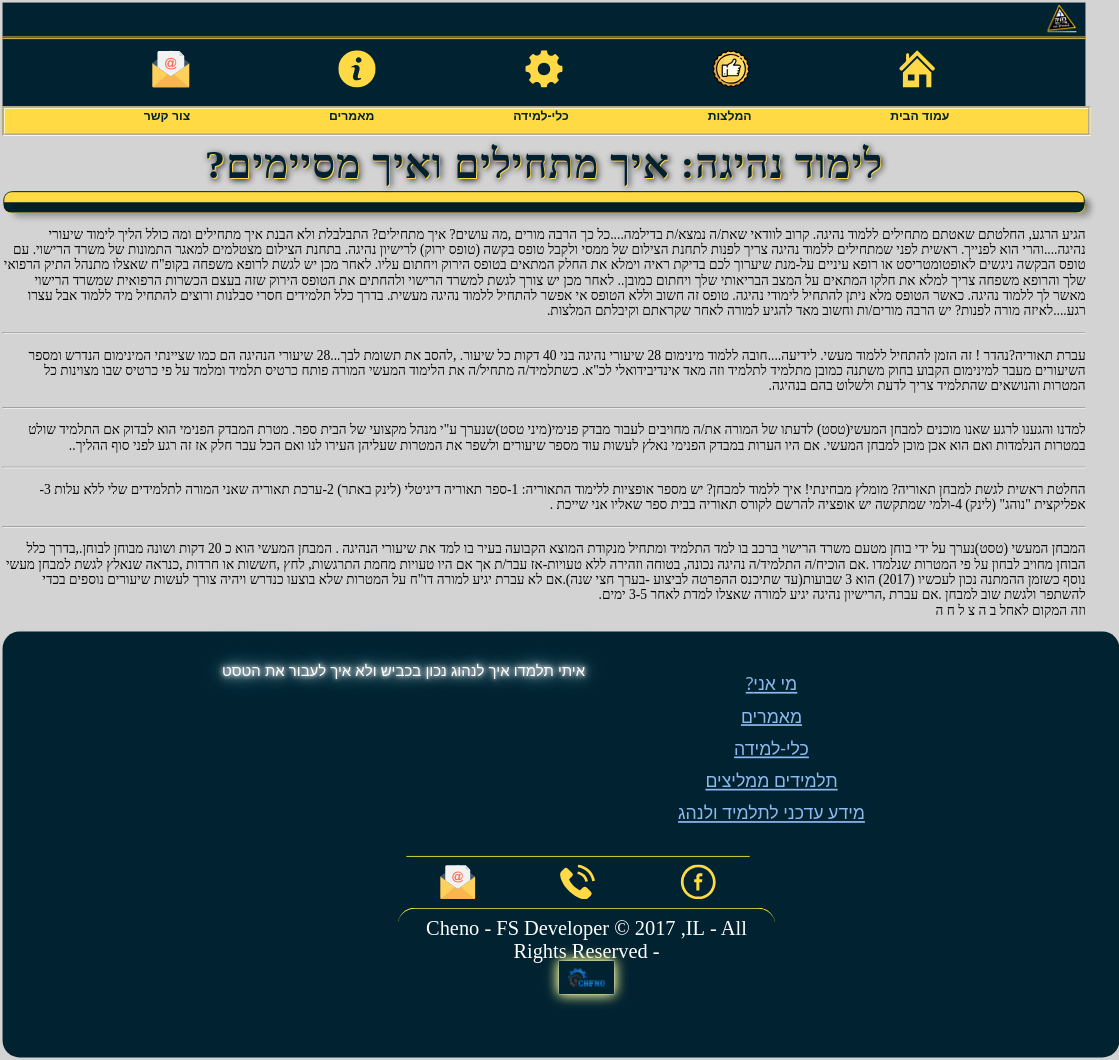
Repository: ChenGinsberg/BatyaLamed-site
Page: article/article.html
The author's editor kept a copy of each file at every save. The page is drawn from the files as they stood at one save, then again after the next save.
The browser window is 1280 px wide. The page is 1317 px wide, so the pictures cover 1317 px, including what lies to the right of the window. The pictures show the whole page, at 85% of full size.

Above is the page before, as saved 2017-11-26 12:43:46.

### article/article.html
<!DOCTYPE html>
<html lang="en">

<head>
    <meta charset="UTF-8">
    <meta name="viewport" content="width=device-width, initial-scale=1.0">
    <meta http-equiv="X-UA-Compatible" content="ie=edge">
    <title>Article</title>
    <link rel="stylesheet" type="text/css" href="../style/article.css">
    <link rel="stylesheet" type="text/css" href="../style/nav.css">
    <link rel="stylesheet" type="text/css" href="../style/footer.css">
</head>

<body>
    <!-- nav-bar -->
    <div class="logoContainer">
        <img src="../image/batyaLogo.jpg" class="logo-nav">
    </div>
    <nav class="navbar-blue">

        <div class="nav-icons">
            <a>
                <img src="../image/email.svg" class="nav--icon">
            </a>
            <a href=../ "aticles.html">
                <img src="../image/icon.svg" class="nav--icon">
            </a>
            <a href="../tools.html">
                <img src="../image/settings-work-tool.svg" class="nav--icon">
            </a>
            <a href="../recommendsPage.html">
                <img src="../image/recommended.svg" class="nav--icon">
            </a>
            <a href="../index.html">
                <img src="../image/house-outline.svg" class="nav--icon">

            </a>
        </div>
        <br>
        <div class="nav-text">
            <span class="nav-iconn">צור קשר</span>
            <span class="nav-iconn">מאמרים</span>
            <span class="nav-iconn">כלי-למידה</span>
            <span class="nav-iconn">המלצות</span>
            <span class="nav-iconn">עמוד הבית</span>
        </div>
    </nav>

    <h1>לימוד נהיגה: איך מתחילים ואיך מסיימים?</h1>
    <div class="blueHR">
        <div class="yellowHR"></div>
    </div>
    <p dir="rtl"> הגיע הרגע, החלטתם שאטתם מתחילים ללמוד נהיגה. קרוב לוודאי שאת/ה נמצא/ת בדילמה....כל כך הרבה מורים ,מה עושים? איך מתחילים?
        התבלבלת ולא הבנת איך מתחילים ומה כולל הליך לימוד שיעורי נהיגה....והרי הוא לפנייך. ראשית לפני שמתחילים ללמוד נהיגה
        צריך לפנות לתחנת הצילום של ממסי ולקבל טופס בקשה (טופס ירוק) לרישיון נהיגה. בתחנת הצילום מצטלמים למאגר התמונות של
        משרד הרישוי. עם טופס הבקשה ניגשים לאופטומטריסט או רופא עיניים על-מנת שיערוך לכם בדיקת ראיה וימלא את החלק המתאים בטופס
        הירוק ויחתום עליו. לאחר מכן יש לגשת לרופא משפחה בקופ"ח שאצלו מתנהל התיק הרפואי שלך והרופא משפחה צריך למלא את חלקו
        המתאים על המצב הבריאותי שלך ויחתום כמובן.. לאחר מכן יש צורך לגשת למשרד הרישוי ולהחתים את הטופס הירוק שזה בעצם הכשרות
        הרפואית שמשרד הרישוי מאשר לך ללמוד נהיגה. כאשר הטופס מלא ניתן להתחיל לימודי נהיגה. טופס זה חשוב וללא הטופס אי אפשר
        להתחיל ללמוד נהיגה מעשית. בדרך כלל תלמידים חסרי סבלנות ורוצים להתחיל מיד ללמוד אבל עצרו רגע....לאיזה מורה לפנות?
        יש הרבה מורים/ות וחשוב מאד להגיע למורה לאחר שקראתם וקיבלתם המלצות.
    </p>
    <hr>
    <p dir="rtl">
        עברת תאוריה?נהדר ! זה הזמן להתחיל ללמוד מעשי. לידיעה....חובה ללמוד מינימום 28 שיעורי נהיגה בני 40 דקות כל שיעור. ,להסב את
        תשומת לבך...28 שיעורי הנהיגה הם כמו שציינתי המינימום הנדרש ומספר השיעורים מעבר למינימום הקבוע בחוק משתנה כמובן מתלמיד
        לתלמיד וזה מאד אינדיבידואלי לכ"א. כשתלמיד/ה מתחיל/ה את הלימוד המעשי המורה פותח כרטיס תלמיד ומלמד על פי כרטיס שבו
        מצוינות כל המטרות והנושאים שהתלמיד צריך לדעת ולשלוט בהם בנהיגה.
    </p>
    <hr>
    <p dir="rtl">
        למדנו והגענו לרגע שאנו מוכנים למבחן המעשי(טסט) לדעתו של המורה את/ה מחויבים לעבור מבדק פנימי(מיני טסט)שנערך ע"י מנהל מקצועי
        של הבית ספר. מטרת המבדק הפנימי הוא לבדוק אם התלמיד שולט במטרות הנלמדות ואם הוא אכן מוכן למבחן המעשי. אם היו הערות
        במבדק הפנימי נאלץ לעשות עוד מספר שיעורים ולשפר את המטרות שעליהן העירו לנו ואם הכל עבר חלק אז זה רגע לפני סוף ההליך..
    </p>
    <hr>
    <p dir="rtl">
        החלטת ראשית לגשת למבחן תאוריה? מומלץ מבחינתי! איך ללמוד למבחן? יש מספר אופציות ללימוד התאוריה: 1-ספר תאוריה דיגיטלי (לינק
        באתר) 2-ערכת תאוריה שאני המורה לתלמידים שלי ללא עלות 3-אפליקצית "נוהג" (לינק) 4-ולמי שמתקשה יש אופציה להרשם לקורס
        תאוריה בבית ספר שאליו אני שייכת .
    </p>
    <hr>
    <p dir="rtl">
        המבחן המעשי (טסט)נערך על ידי בוחן מטעם משרד הרישוי ברכב בו למד התלמיד ומתחיל מנקודת המוצא הקבועה בעיר בו למד את שיעורי הנהיגה
        . המבחן המעשי הוא כ 20 דקות ושונה מבוחן לבוחן.,בדרך כלל הבוחן מחויב לבחון על פי המטרות שנלמדו .אם הוכיח/ה התלמיד/ה
        נהיגה נכונה, בטוחה וזהירה ללא טעויות-אז עבר/ת אך אם היו טעויות מחמת התרגשות, לחץ ,חששות או חרדות ,כנראה שנאלץ לגשת
        למבחן מעשי נוסף כשזמן ההמתנה נכון לעכשיו (2017) הוא 3 שבועות(עד שתיכנס ההפרטה לביצוע -בערך חצי שנה).אם לא עברת יגיע
        למורה דו"ח על המטרות שלא בוצעו כנדרש ויהיה צורך לעשות שיעורים נוספים בכדי להשתפר ולגשת שוב למבחן .אם עברת ,הרישיון
        נהיגה יגיע למורה שאצלו למדת לאחר 3-5 ימים.
        <br>וזה המקום לאחל ב ה צ ל ח ה
    </p>
    <!-- FOOTER -->
    <footer class="flex-rw">
        <p class="footer-quate">איתי תלמדו איך לנהוג נכון בכביש ולא איך לעבור את הטסט</p>

        <ul class="footer-list-top">

            <li>
                <a href='/shop/about-mission' class="generic-anchor footer-list-anchor" itemprop="significantLink">?מי אני</a>
            </li>
            <li>
                <a href='/promos.html' class="generic-anchor footer-list-anchor" itemprop="significantLink">מאמרים</a>
            </li>
            <li>
                <a href='/retailers/new-retailers.html' class="generic-anchor footer-list-anchor" itemprop="significantLink">כלי-למידה</a>
            </li>

            <li>
                <a href='/job-openings.html' itemprop="significantLink" class="generic-anchor footer-list-anchor">תלמידים ממליצים</a>
            </li>

            <li>
                <a href='/shop/about-show-schedule' class="generic-anchor footer-list-anchor" itemprop="significantLink">מידע עדכני לתלמיד ולנהג</a>
            </li>
        </ul>
        <ul class="footer-list-top">
            <li>
                <section class="footer-social-section flex-rw">
                    <img src="../image/email.svg" class="footer-svg">
                    <img src="../image/telephone.svg" class="footer-svg">
                    <img src="../image/social-facebook-circular-button.svg" class="footer-svg">

                </section>
                <section class="footer-bottom-section flex-rw">
                    <div class="footer-bottom-wrapper">
                        <i class="fa fa-copyright" role="copyright">

                        </i> Cheno - FS Developer © 2017
                        <address class="footer-address" role="company address"> ,IL</address>
                        <span class="footer-bottom-rights"> - All Rights Reserved - </span>
                    </div>
                    <div class="footer-bottom-wrapper">

                        <img src="/image/Chenologo.png" class="chen-icon">

                    </div>
                </section>
    </footer>

</body>

</html>

### style/article.css
body {
    background-color: lightgray;
    margin: 2.8px;
}

h1 {
    text-align: center;
    direction: rtl;
    color: #012031;
    font-size: 3em;
    line-height: 45px;
    letter-spacing: 1px;
    margin-bottom: 10px;
    text-shadow: 1px 1px #FFDA44, 2px 3px 7px #000;
    margin-top: 10px;
}

### style/nav.css
/* NAV */

.logoContainer {
    background-color: #012231;
    height: 40px;
    width: 100%;
    border-bottom: double;
    border-bottom-color: #FFDA44;
}

.logo-nav {
    height: 34px;
    position: absolute;
    right: 1%;
    top: 5px;
}

.navbar-blue {
    background-color: #012231;
    width: 100%;
}

.nav-icons {
    display: flex;
    flex-direction: row;
    flex-wrap: wrap;
    width: 100%;
    justify-content: space-evenly;
}

.nav--icon {
    width: 44px;
    margin-top: 13px;
}

.nav-text {
    color: #012231;
    background-color: #FFDA44;
    font-family: sans-serif;
    height: 29px;
    border: groove;
    border-color: ivory;
    font-weight: bold;
    font-size: 0.9em;
    display: flex;
    flex-direction: row;
    flex-wrap: wrap;
    width: 100%;
    justify-content: space-evenly;
}

.yellowHR {
    background-color: #FFDA44;
    height: 12px;
    border-radius: 10px 10px 0px 0px;
    border: 1px solid #012231;
    box-shadow: 9px 7px 7px -3px rgba(0, 0, 0, 0.3);
}

.blueHR {
    background-color: #012231;
    height: 25px;
    border-radius: 15px 11px 10px 10px;
    box-shadow: 9px 7px 7px -3px rgba(0, 0, 0, 0.3);
    margin-bottom: 10px;
    border-bottom: 1px solid #FFDA44;
    border-left: 1px solid #FFDA44;
    border-right: 1px solid #FFDA44;
}

.nav-iconn:hover {
    background: red;
}

### style/footer.css
.footer-svg {
    height: 41px;
    width: 57px;
}

.chen-icon {
    width: 15%;
    position: relative;
    bottom: 4%;
    left: 0%;
    box-shadow: 0 0 1px #fff, 0 0 1px #fff, 0 0 0px #e3e98e, 0 0 17px #e3e98e, 0 0 13px #e3e98e;
}

.footer-quate {
    text-align: center;
    margin-right: 1%;
    font-family: 'Varela Round', sans-serif;
    color: white;
    position: relative;
    left: 4.8%;
    font-size: 1.1em;
    border-radius: 3px;
    transition: all 0.3s ease;
    padding-right: 1.2%;
    top: -13px;
    text-shadow: 0 0 5px #fff, 0 0 10px #fff, 0 0 20px #fff, 0 0 40px #0ff, 0 0 80px #0ff, 0 0 90px #0ff, 0 0 100px #0ff, 0 0 150px #0ff;
}

.generic-anchor {
    color: #8DB9ED;
}

.generic-anchor:visited {
    color: #909090;
}

.generic-anchor:hover {
    color: #ccc;
}

.flex-rw {
    display: -webkit-box;
    display: -ms-flexbox;
    display: flex;
    -ms-flex-flow: row wrap;
    flex-flow: row wrap;
    justify-content: center;
    border-radius: 20px;
}

footer {
    background: #012231;
    margin-top: auto;
    width: 100%;
    padding: 31.2px 20px;
}

.footer-list-top {
    width: 33.333%;
}

.footer-list-top>li {
    text-align: center;
    padding-bottom: 10px;
    list-style: none;
}

.footer-list-header {
    padding: 10px 0 5px 0;
    color: #fff;
    font: 2.3vw "Oswald", sans-serif;
}

.footer-list-anchor {
    font: 1.3em "Open Sans", sans-serif;
}

.footer-social-section {
    width: 100%;
    -webkit-box-align: center;
    -ms-flex-align: center;
    align-items: center;
    -ms-flex-pack: distribute;
    justify-content: space-around;
    position: relative;
    margin-top: 5px;
}

.footer-social-section::after {
    content: "";
    position: absolute;
    z-index: 1;
    top: -25%;
    left: 10px;
    border-top: 1px solid #F4EE3A;
    width: calc(100% - 20px);
}

.footer-social-connect {
    display: -webkit-box;
    display: -ms-flexbox;
    display: flex;
    -webkit-box-align: center;
    -ms-flex-align: center;
    align-items: center;
    font: 3.5em "Oswald", sans-serif;
    color: #fff;
}

.footer-social-small {
    font-size: 0.6em;
    padding: 0px 20px;
}

.footer-social-overlap>a {
    font-size: 3em;
}

.footer-social-overlap>a:not(:first-child) {
    margin-left: 0.38em;
}

.footer-bottom-section {
    width: 100%;
    padding: 10px;
    border-top: 1px solid #F4EE3A;
    margin-top: 10px;
}

.footer-bottom-section>div:first-child {
    margin-right: auto;
}

.footer-bottom-wrapper {
    font-size: 1.5em;
    color: #fff;
}

.footer-address {
    display: inline;
    font-style: normal;
}

@media only screen and (max-width: 768px) {
    .footer-list-header {
        font-size: 2em;
    }
    .footer-list-anchor {
        font-size: 1.1em;
    }
    .footer-social-connect {
        font-size: 2.5em;
    }
    .footer-social-overlap>a {
        font-size: 2.24em;
    }
    .footer-bottom-wrapper {
        font-size: 1.3em;
    }
}

@media only screen and (max-width: 568px) {
    main {
        font-size: 5em;
    }
    .footer-list-top {
        width: 86%;
    }
    .footer-list-header {
        font-size: 3em;
    }
    .footer-list-anchor {
        font-size: 1.5em;
    }
    .footer-social-section {
        -webkit-box-pack: center;
        -ms-flex-pack: center;
        justify-content: center;
    }
    .footer-social-connect {
        margin-bottom: 10px;
        padding: 0 10px;
    }
    .footer-social-overlap {
        display: -webkit-box;
        display: -ms-flexbox;
        display: flex;
        -webkit-box-pack: center;
        -ms-flex-pack: center;
        justify-content: center;
    }
    .footer-social-icons-wrapper {
        width: 100%;
        padding: 0;
    }
    .footer-social-overlap>a:not(:first-child) {
        margin-left: 20px;
    }
    .footer-bottom-section {
        padding: 0 5px 0 5px;
    }
    .footer-bottom-wrapper {
        text-align: center;
        width: 100%;
        margin-top: 10px;
    }
}

@media only screen and (max-width: 480px) {
    .footer-social-overlap>a {
        margin: auto;
    }
    .footer-social-overlap>a:not(:first-child) {
        margin-left: 0;
    }
    .footer-bottom-rights {
        display: block;
    }
}

@media only screen and (max-width: 320px) {
    .footer-list-header {
        font-size: 2.2em;
    }
    .footer-list-anchor {
        font-size: 1.2em;
    }
    .footer-social-connect {
        font-size: 2.4em;
    }
    .footer-social-overlap>a {
        font-size: 2.24em;
    }
    .footer-bottom-wrapper {
        font-size: 0.8em;
        ;
    }
}

After the next save:
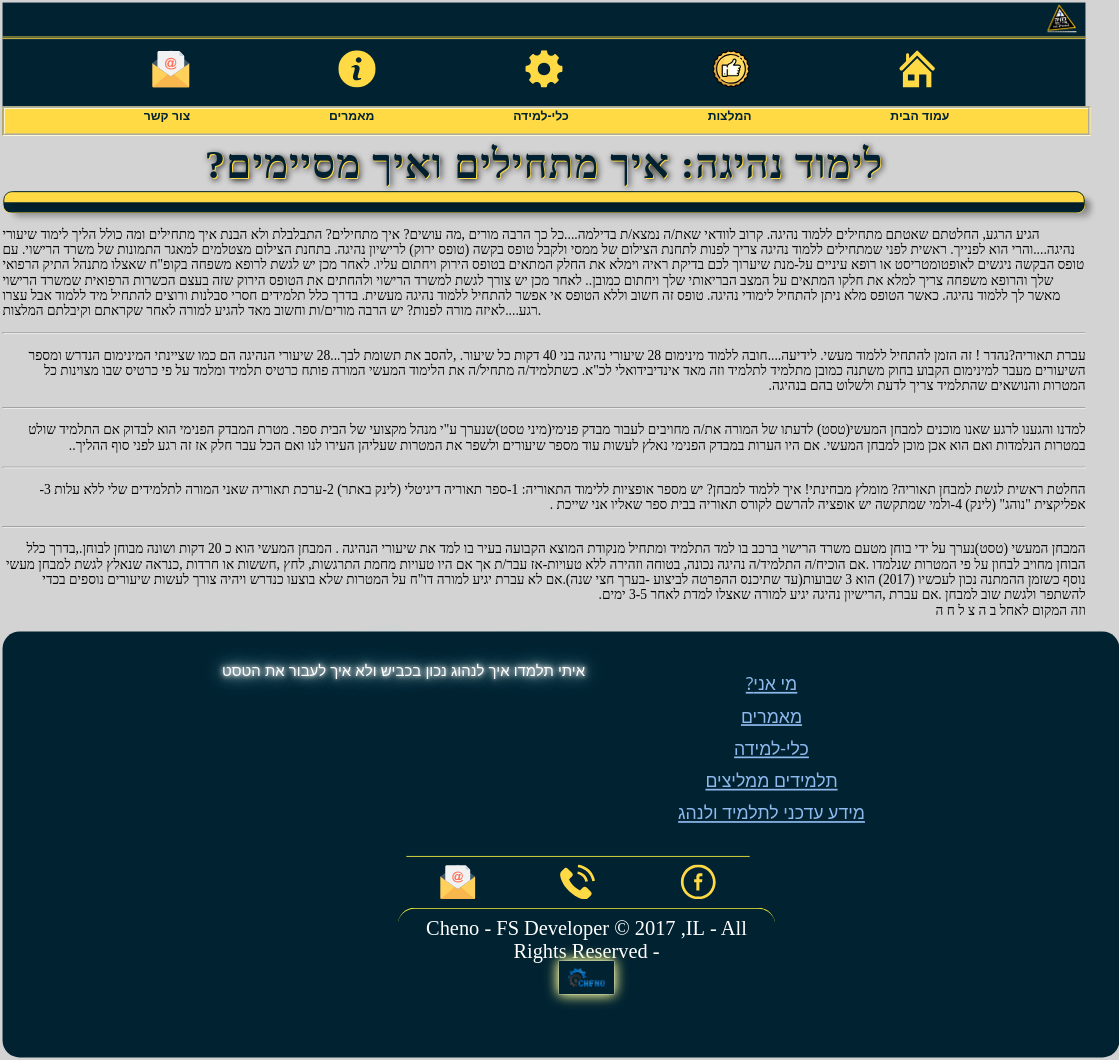
Saved 37 s later.
--- a/article/article.html
+++ b/article/article.html
@@ -50,7 +50,7 @@
     <div class="blueHR">
         <div class="yellowHR"></div>
     </div>
-    <p dir="rtl"> הגיע הרגע, החלטתם שאטתם מתחילים ללמוד נהיגה. קרוב לוודאי שאת/ה נמצא/ת בדילמה....כל כך הרבה מורים ,מה עושים? איך מתחילים?
+    <p class="articleInfo"> הגיע הרגע, החלטתם שאטתם מתחילים ללמוד נהיגה. קרוב לוודאי שאת/ה נמצא/ת בדילמה....כל כך הרבה מורים ,מה עושים? איך מתחילים?
         התבלבלת ולא הבנת איך מתחילים ומה כולל הליך לימוד שיעורי נהיגה....והרי הוא לפנייך. ראשית לפני שמתחילים ללמוד נהיגה
         צריך לפנות לתחנת הצילום של ממסי ולקבל טופס בקשה (טופס ירוק) לרישיון נהיגה. בתחנת הצילום מצטלמים למאגר התמונות של
         משרד הרישוי. עם טופס הבקשה ניגשים לאופטומטריסט או רופא עיניים על-מנת שיערוך לכם בדיקת ראיה וימלא את החלק המתאים בטופס
